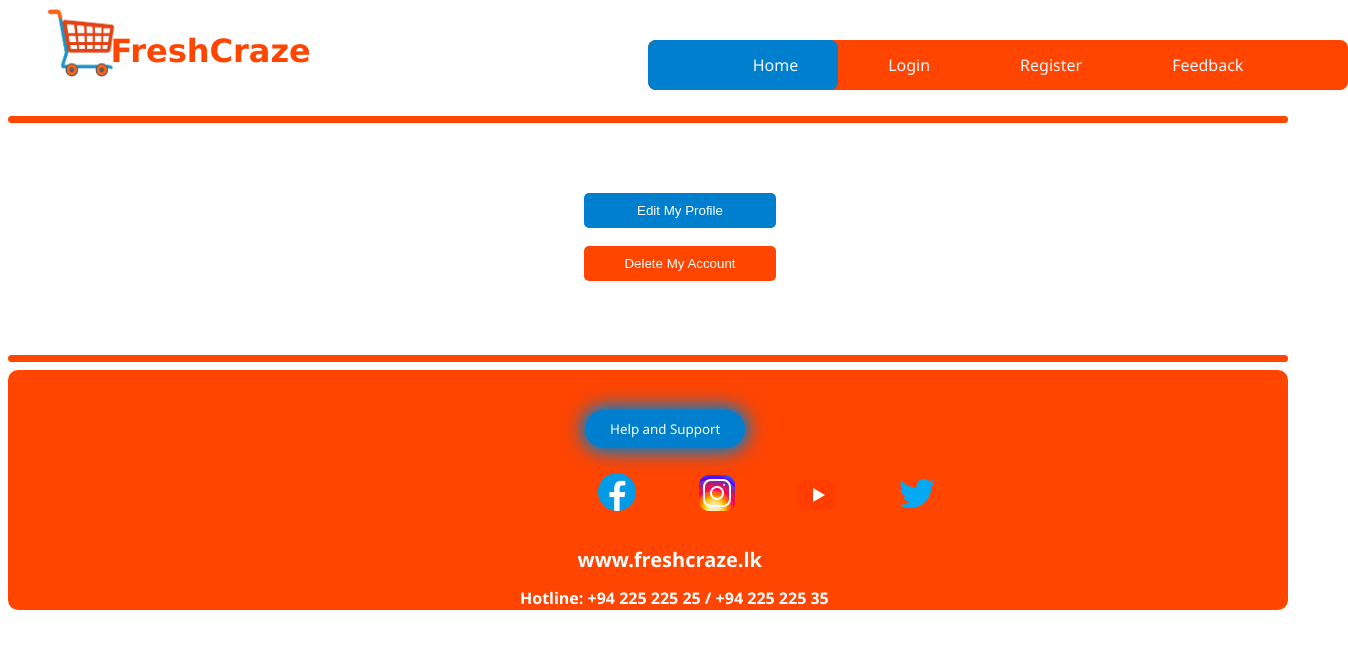
Repository: chamarac2002/FreshCraze
Page: http://localhost/CustomerDemo/useraccount.jsp
The author's editor kept a copy of each file at every save. The page is drawn from the files as they stood at one save, then again after the next save.
The browser window is 1280 px wide. The page is 1348 px wide, so the pictures cover 1348 px, including what lies to the right of the window. The pictures show the whole page.
The page is served by Tomcat 9. Nobody is signed in. The application's start-up code is not run. Other server files are loaded and not shown. The template is opened directly, without the code that normally fills it, so the values that code supplies are empty.

Above is the page before, as saved 2024-05-11 05:36:36.

### CustomerDemo/src/main/webapp/useraccount.jsp
<%@ page language="java" contentType="text/html; charset=ISO-8859-1"
    pageEncoding="ISO-8859-1"%>
    <%@taglib prefix="c" uri="http://java.sun.com/jsp/jstl/core"%>
<!DOCTYPE html>

<html lang="en">
<head>
    <meta charset="UTF-8">
    <meta name="viewport" content="width=device-width, initial-scale=1.0">
    <title>Home Page</title>

    <link rel="stylesheet" href="Styles/useraccountStyle.css">
</head>

<body>

<img src="images\logo.png" class="logo" >

    <h1 class="logo_topic">FreshCraze</h1>

    <nav class="navbar">
        <a href="home page.html">Home</a>
        <a href="Login page.html">Login</a>
        <a href="customer registration.html">Register</a>
        <a href="#">Feedback</a>
        <span></span>
    </nav>

<hr class="topic_line">

	<table class = "table">
		<c:forEach var="cus" items="${cusDetails}">

		<c:set var="id" value="${cus.id}"/>
		<c:set var="name" value="${cus.name}"/>
		<c:set var="address" value="${cus.address}"/>
		<c:set var="phone" value="${cus.phone}"/>
		<c:set var="nic" value="${cus.nic}"/>
		<c:set var="email" value="${cus.email}"/>
		<c:set var="gender" value="${cus.gender}"/>
		<c:set var="password" value="${cus.password}"/>


        <h1 class = "head">Customer Profile</h1>

   		<tbody>
        <tr>
			<td>Customer ID:</td>
			<td>${cus.id}</td>
		</tr>
		<tr class="active-row">
			<td>Name:</td>
			<td>${cus.name}</td>
		</tr>
		<tr>
			<td>Address:</td>
			<td>${cus.address}</td>
		</tr>
		<tr class="active-row">
			<td>Phone Number</td>
			<td>${cus.phone}</td>
		</tr>
		<tr>
			<td>NIC Number:</td>
			<td>${cus.nic}</td>
		</tr>
		<tr class="active-row">
			<td>Email:</td>
			<td>${cus.email}</td>
		</tr>
		<tr>
			<td>Gender:</td>
			<td>${cus.gender}</td>
		</tr>
		<tr class="active-row">
			<td>Password:</td>
			<td>${cus.password}</td>
		</tr>
    </tbody>
	</c:forEach>
	</table>

<table class="styled-table">

</table>

	<c:url value="updatecustomer.jsp" var="cusupdate">
		<c:param name="id" value="${id}"/>
		<c:param name="name" value="${name}"/>
		<c:param name="address" value="${address}"/>
		<c:param name="phone" value="${phone}"/>
		<c:param name="nic" value="${nic}"/>
		<c:param name="email" value="${email}"/>
		<c:param name="gender" value="${gender}"/>
		<c:param name="pass" value="${password}"/>
	</c:url>

	<a href="${cusupdate}">
	<input type="button" name="update" class="sub1" value="Edit My Profile">
	</a>

	<br><br>
	<c:url value="deletecustomer.jsp" var="cusdelete">
		<c:param name="id" value="${id}"/>
		<c:param name="name" value="${name}"/>
		<c:param name="address" value="${address}"/>
		<c:param name="phone" value="${phone}"/>
		<c:param name="nic" value="${nic}"/>
		<c:param name="email" value="${email}"/>
		<c:param name="gender" value="${gender}"/>
		<c:param name="pass" value="${password}"/>
	</c:url>
	<a href="${cusdelete}">
	<input type="button" name="delete" class="sub2" value="Delete My Account"><br><br><br>
	</a>

<hr class="footer_line">

<div class="footer">
    <a href="link" target="_blank">
    <button type="button" class="help_button">Help and Support</button>
    </a>

    <div class="fb_icon">
        <a href="https://www.facebook.com/" target="_blank"><img src="images/facebook.png"></a>
    </div>

    <div class="insta_icon">
        <a href="https://www.instagram.com/" target="_blank"><img src="images/insta.png"></a>
    </div>

    <div class="twitt_icon">
        <a href="https://www.twitter.com/" target="_blank"><img src="images/Twitter.png"></a>
    </div>

    <div class="yt_icon">
        <a href="https://www.youtube.com/" target="_blank"><img src="images/yt.png"></a>
    </div>
</div>

<div class="contacts">
    <h1 class="link">www.freshcraze.lk</h1>
    <h1>Hotline: +94 225 225 25 / +94 225 225 35</h1>
</div>

</body>
</html>

### CustomerDemo/src/main/webapp/Styles/useraccountStyle.css
body{
    background-color: #ffffff;
    background-repeat: no-repeat;
    background-attachment: fixed;
    background-position: center;
    width: 100%;
}

.logo{
    width: 70px;
    height: 70px;
    margin-left: 3%;
}

.logo_topic{
    font-family: verdana;
    margin-left: 8%;
    margin-top: -3.9%;
    color: orangered;
}

.navbar{
    margin-left:50%;
    margin-top:-4%;
    padding: 0;
    box-sizing: border-box;
    font-family: 'Segoe UI';
    display: flex;
    justify-content:center;
    align-items: center;
    min-height: 5vh;

    position:relative;
    background-color: orangered;
    border-radius: 8px;
    width: 700px;
    height: 50px;
    display: flex;
}

nav a{
    position: relative;
    display: inline-block;
    font-size: 1em;
    font-weight: 500;
    color: aliceblue;
    text-decoration: none;
    padding: 45px;
    z-index: 1;
}

nav span{
    position: absolute;
    top: 0;
    left: 0;
    width: 190px;
    height: 100%;
    background-color:rgb(0, 127, 206);
    border-radius: 8px;
    transition: .3s;
}

nav a:nth-child(1):hover~span{
    left: 0;
    width: 190px;
}

nav a:nth-child(2):hover~span{
    left: 190px;
    width: 150px;
}

nav a:nth-child(3):hover~span{
    left:330px;
    width: 150px;
}

nav a:nth-child(4):hover~span{
    left: 470px;
    width: 230px;
}

.topic_line{
    border: none;
    margin-top: 2%;
    border-top: 7px solid orangered;
    border-radius: 10px;
}

.help_button{
    box-shadow:0 0 15px rgb(0, 127, 206),0 0 25px rgb(0, 127, 206);
    border: none;
    width: 160px;
    margin-left: 44%;
    font-family: 'Segoe UI';
    padding: 10px 12px;
    color: #ffffff;
    background-color:rgb(0, 127, 206);
    border-radius: 20px;
}

.help_button:hover{
    box-shadow: 0 0 25px rgb(0, 127, 206);
}

.fb_icon{
    margin-left: 560px;
    margin-top: 20px;
}

.insta_icon{
    margin-left: 660px;
    margin-top: -51px;
}

.yt_icon{
    margin-left: 760px;
    margin-top: -51px;
}

.twitt_icon{
    margin-left: 860px;
    margin-top: -51px;
}

.footer{
    height: 200px;
    background-color: orangered;
    padding-top: 40px;
    padding-left: 25px;
    border-radius: 10px;
}

.footer_line{
    border: none;
    margin-top: 3%;
    border-top: 7px solid orangered;
    border-radius: 10px;
}

.contacts{
    font-size: 8px;
    color:rgb(255, 255, 255);
    font-family: 'Segoe UI';
    margin-left: 40%;
    margin-top: -5%;
}

.link{
    font-size: 20px ;
    margin-top: -6%;
    margin-left: 7.5%;
}

.details{
    font-family: verdana;
    margin-left: 8%;
    margin-top: -3.9%;
    color: orangered;
}

.table {
    border-collapse: collapse;
    margin: 25px 0;
    font-size: 1.02em;
    font-family: 'Segoe UI';
    min-width: 400px;
    margin-left: 37%;
    margin-top: 3%;
}

.head {
	margin-top: 4%;
    text-align: center;
 	margin-bottom: 50px;
 	font-family: 'Segoe UI';
 	font-size: 1.8em;
}

.table th,
.table td {
    padding: 12px 15px;
}

.table tbody tr {
    border-bottom: 1px solid #dddddd;
}

.table tbody tr:nth-of-type(even) {
    background-color: #f3f3f3;
}

.table tbody tr:last-of-type {
    border-bottom: 2px solid orangered;
}

.table tbody tr:first-of-type {
    border-top: 2px solid orangered;
}

.table tbody tr.active-row {
    font-weight: bold;
    color: rgb(0, 127, 206);
}

.sub1 {
  	margin-left: 45%;
    margin-top: 0.5%;
    text-align: center;
    color : #ffffff;
  	width: 15%;
	padding: 10px;
 	background-color: rgb(0, 127, 206);
 	border: none;
 	border-radius: 5px;
 	cursor: pointer;
}

.sub2 {
  	margin-left: 45%;
    text-align: center;
    color : #ffffff;
  	width: 15%;
	padding: 10px;
 	background-color: orangered;
 	border: none;
 	border-radius: 5px;
 	cursor: pointer;
}

After the next save:
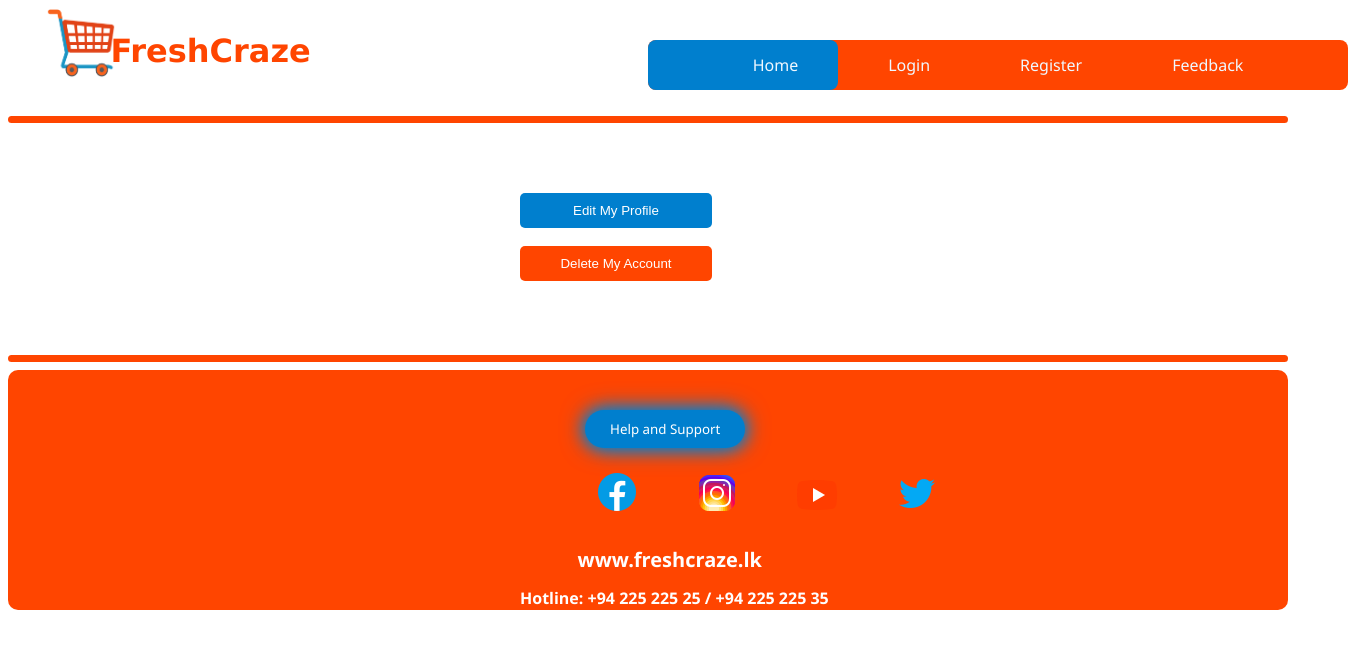
Saved 14 s later.
--- a/CustomerDemo/src/main/webapp/Styles/useraccountStyle.css
+++ b/CustomerDemo/src/main/webapp/Styles/useraccountStyle.css
@@ -204,7 +204,7 @@
 }
 
 .sub1 {
-  	margin-left: 45%;
+  	margin-left: 40%;
     margin-top: 0.5%;
     text-align: center;
     color : #ffffff;
@@ -217,7 +217,7 @@
 }
 
 .sub2 {
-  	margin-left: 45%;
+  	margin-left: 40%;
     text-align: center;
     color : #ffffff;
   	width: 15%;
